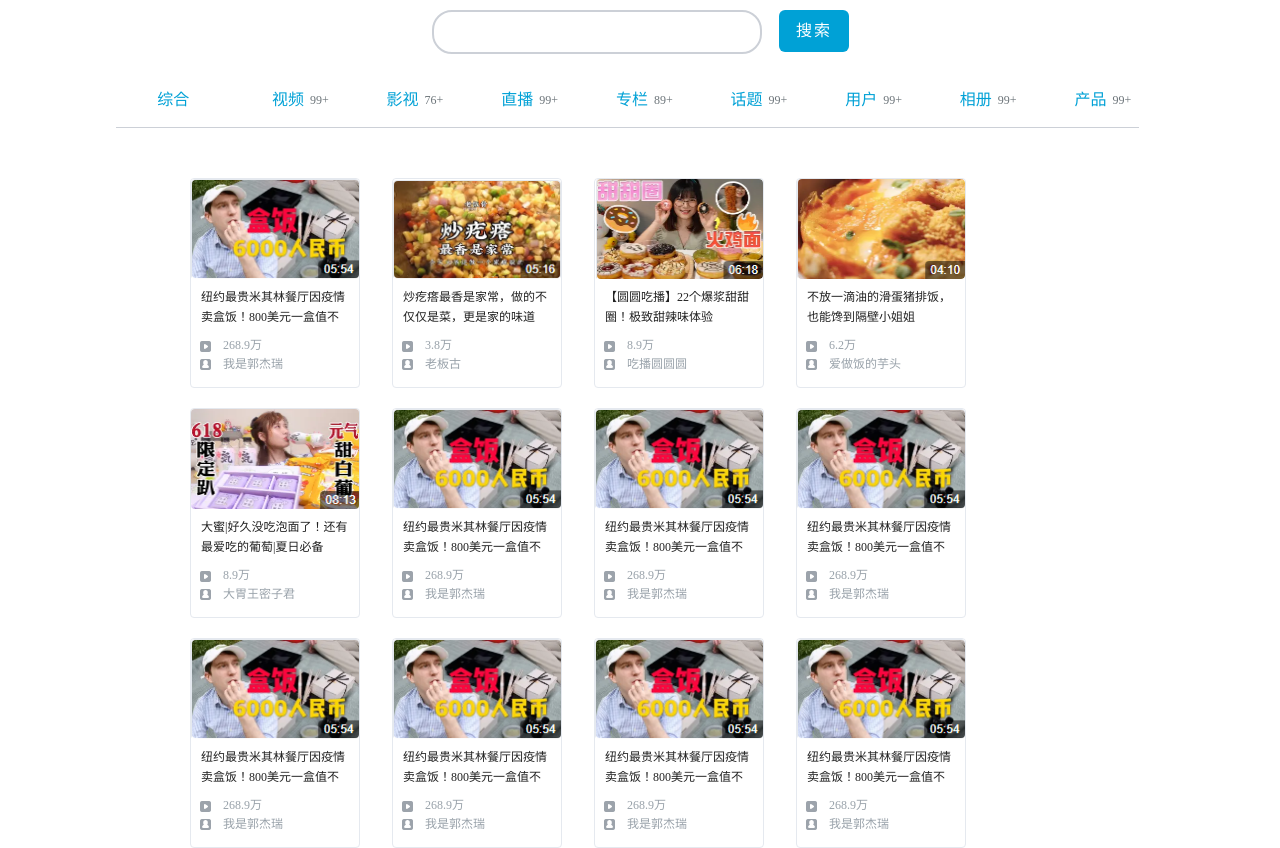
Repository: red-code-yl/web-project
Page: doc/food.html
The author's editor kept a copy of each file at every save. The page is drawn from the files as they stood at one save, then again after the next save.
The browser window is 1280 px wide. The pictures show the whole page.

Above is the page before, as saved 2020-06-18 17:08:31.

### doc/food.html
<!DOCTYPE html>
<html lang="en">
<head>
    <meta charset="UTF-8">
    <meta name="viewport" content="width=device-width, initial-scale=1.0">
    <title>美食</title>
    <link  rel="stylesheet"   href="../css/food.css" />
</head>
<body>
    <div id="search" class="search">
        <div class="contain">
            <div class="head-contain">
                <div class="search-top">
                    <div class="search-block">
                        <div class="search-input">
                            <input id="search-keyword" type="text" maxlength="100" autocomplete="off">
                        </div>
                        <div class="search-button">
                            <span class="search-text">搜索</span>
                        </div>

                    </div>
                </div>
                <div class="navigator">
                    <div class="nav-1">
                        <div class="fenlei">
                            <ul class="fenlei-list">
                                <li class="fenlei-list-1" style="height: 56px;line-height: 56px;width: 11.11%;">
                                    <a href="#">综合</a>
                                    <span></span>
                                </li>
                                <li class="fenlei-list-1" style="height: 56px;line-height: 56px;width: 11.11%;">
                                    <a href="#">视频<span>99+</span></a>

                                </li>
                                <li class="fenlei-list-1" style="height: 56px;line-height: 56px;width: 11.11%;">
                                    <a href="#">影视<span>76+</span></a>

                                </li>
                                <li class="fenlei-list-1" style="height: 56px;line-height: 56px;width: 11.11%;">
                                    <a href="#">直播<span>99+</span></a>

                                </li>
                                <li class="fenlei-list-1" style="height: 56px;line-height: 56px;width: 11.11%;">
                                    <a href="#">专栏<span>89+</span></a>

                                </li>
                                <li class="fenlei-list-1" style="height: 56px;line-height: 56px;width: 11.11%;">
                                    <a href="#">话题<span>99+</span></a>

                                </li>
                                <li class="fenlei-list-1" style="height: 56px;line-height: 56px;width: 11.11%;">
                                    <a href="#">用户<span>99+</span></a>

                                </li>
                                <li class="fenlei-list-1" style="height: 56px;line-height: 56px;width: 11.11%;">
                                    <a href="#">相册<span>99+</span></a>

                                </li>
                                <li class="fenlei-list-1" style="height: 56px;line-height: 56px;width: 11.11%;">
                                    <a href="#">产品<span>99+</span></a>
                                </li>
                            </ul>
                        </div>
                    </div>
                </div>
            </div>
            <div class="body-contain">
                <div class="all-list">
                    <ul class="video-list">
                        <li class="video-list-part">
                            <a href="#" title="" target="_blank" class="list-part-1">
                                <div class="img">
                                    <div class="lazy-img">
                                        <img alt src="../img/img-list1.png">
                                    </div>

                                </div>
                            </a>
                            <div class="list-text">
                                <div class="list-title">
                                    <a title="" href="#" target="_blank" class="title-1">
                                        纽约最贵米其林餐厅因疫情卖盒饭！800美元一盒值不值？
                                    </a>
                                </div>
                                <div class="tags">
                                    <span class="play" title="观看">
                                        <i class="playcount"></i>
                                        268.9万
                                    </span>
                                    <br/>
                                    <span class="play2" title="up主">
                                        <i class="play-uper"></i>
                                        <a href="#" target="_blank" class="up-name">
                                            我是郭杰瑞
                                        </a>
                                    </span>
                                </div>
                            </div>
                        </li>
                        <li class="video-list-part">
                            <a href="#" title="" target="_blank" class="list-part-1">
                                <div class="img">
                                    <div class="lazy-img">
                                        <img alt src="../img/img-list2.png">
                                    </div>

                                </div>
                            </a>
                            <div class="list-text">
                                <div class="list-title">
                                    <a title="" href="#" target="_blank" class="title-1">
                                        炒疙瘩最香是家常，做的不仅仅是菜，更是家的味道
                                    </a>
                                </div>
                                <div class="tags">
                                    <span class="play" title="观看">
                                        <i class="playcount"></i>
                                        3.8万
                                    </span>
                                    <br/>
                                    <span class="play2" title="up主">
                                        <i class="play-uper"></i>
                                        <a href="#" target="_blank" class="up-name">
                                            老板古
                                        </a>
                                    </span>
                                </div>
                            </div>
                        </li>
                        <li class="video-list-part">
                            <a href="#" title="" target="_blank" class="list-part-1">
                                <div class="img">
                                    <div class="lazy-img">
                                        <img alt src="../img/img-list3.png">
                                    </div>

                                </div>
                            </a>
                            <div class="list-text">
                                <div class="list-title">
                                    <a title="" href="#" target="_blank" class="title-1">
                                        【圆圆吃播】22个爆浆甜甜圈！极致甜辣味体验
                                    </a>
                                </div>
                                <div class="tags">
                                    <span class="play" title="观看">
                                        <i class="playcount"></i>
                                        8.9万
                                    </span>
                                    <br/>
                                    <span class="play2" title="up主">
                                        <i class="play-uper"></i>
                                        <a href="#" target="_blank" class="up-name">
                                            吃播圆圆圆
                                        </a>
                                    </span>
                                </div>
                            </div>
                        </li>
                        <li class="video-list-part">
                            <a href="#" title="" target="_blank" class="list-part-1">
                                <div class="img">
                                    <div class="lazy-img">
                                        <img alt src="../img/img-list4.png">
                                    </div>

                                </div>
                            </a>
                            <div class="list-text">
                                <div class="list-title">
                                    <a title="" href="#" target="_blank" class="title-1">
                                        不放一滴油的滑蛋猪排饭，也能馋到隔壁小姐姐
                                    </a>
                                </div>
                                <div class="tags">
                                    <span class="play" title="观看">
                                        <i class="playcount"></i>
                                        6.2万
                                    </span>
                                    <br/>
                                    <span class="play2" title="up主">
                                        <i class="play-uper"></i>
                                        <a href="#" target="_blank" class="up-name">
                                            爱做饭的芋头
                                        </a>
                                    </span>
                                </div>
                            </div>
                        </li>
                        <li class="video-list-part">
                            <a href="#" title="" target="_blank" class="list-part-1">
                                <div class="img">
                                    <div class="lazy-img">
                                        <img alt src="../img/img-list5.png">
                                    </div>

                                </div>
                            </a>
                            <div class="list-text">
                                <div class="list-title">
                                    <a title="" href="#" target="_blank" class="title-1">
                                        大蜜|好久没吃泡面了！还有最爱吃的葡萄|夏日必备
                                    </a>
                                </div>
                                <div class="tags">
                                    <span class="play" title="观看">
                                        <i class="playcount"></i>
                                        8.9万
                                    </span>
                                    <br/>
                                    <span class="play2" title="up主">
                                        <i class="play-uper"></i>
                                        <a href="#" target="_blank" class="up-name">
                                            大胃王密子君
                                        </a>
                                    </span>
                                </div>
                            </div>
                        </li>
                        <li class="video-list-part">
                            <a href="#" title="" target="_blank" class="list-part-1">
                                <div class="img">
                                    <div class="lazy-img">
                                        <img alt src="../img/img-list1.png">
                                    </div>

                                </div>
                            </a>
                            <div class="list-text">
                                <div class="list-title">
                                    <a title="" href="#" target="_blank" class="title-1">
                                        纽约最贵米其林餐厅因疫情卖盒饭！800美元一盒值不值？
                                    </a>
                                </div>
                                <div class="tags">
                                    <span class="play" title="观看">
                                        <i class="playcount"></i>
                                        268.9万
                                    </span>
                                    <br/>
                                    <span class="play2" title="up主">
                                        <i class="play-uper"></i>
                                        <a href="#" target="_blank" class="up-name">
                                            我是郭杰瑞
                                        </a>
                                    </span>
                                </div>
                            </div>
                        </li>
                        <li class="video-list-part">
                            <a href="#" title="" target="_blank" class="list-part-1">
                                <div class="img">
                                    <div class="lazy-img">
                                        <img alt src="../img/img-list1.png">
                                    </div>

                                </div>
                            </a>
                            <div class="list-text">
                                <div class="list-title">
                                    <a title="" href="#" target="_blank" class="title-1">
                                        纽约最贵米其林餐厅因疫情卖盒饭！800美元一盒值不值？
                                    </a>
                                </div>
                                <div class="tags">
                                    <span class="play" title="观看">
                                        <i class="playcount"></i>
                                        268.9万
                                    </span>
                                    <br/>
                                    <span class="play2" title="up主">
                                        <i class="play-uper"></i>
                                        <a href="#" target="_blank" class="up-name">
                                            我是郭杰瑞
                                        </a>
                                    </span>
                                </div>
                            </div>
                        </li>
                        <li class="video-list-part">
                            <a href="#" title="" target="_blank" class="list-part-1">
                                <div class="img">
                                    <div class="lazy-img">
                                        <img alt src="../img/img-list1.png">
                                    </div>

                                </div>
                            </a>
                            <div class="list-text">
                                <div class="list-title">
                                    <a title="" href="#" target="_blank" class="title-1">
                                        纽约最贵米其林餐厅因疫情卖盒饭！800美元一盒值不值？
                                    </a>
                                </div>
                                <div class="tags">
                                    <span class="play" title="观看">
                                        <i class="playcount"></i>
                                        268.9万
                                    </span>
                                    <br/>
                                    <span class="play2" title="up主">
                                        <i class="play-uper"></i>
                                        <a href="#" target="_blank" class="up-name">
                                            我是郭杰瑞
                                        </a>
                                    </span>
                                </div>
                            </div>
                        </li>
                        <li class="video-list-part">
                            <a href="#" title="" target="_blank" class="list-part-1">
                                <div class="img">
                                    <div class="lazy-img">
                                        <img alt src="../img/img-list1.png">
                                    </div>

                                </div>
                            </a>
                            <div class="list-text">
                                <div class="list-title">
                                    <a title="" href="#" target="_blank" class="title-1">
                                        纽约最贵米其林餐厅因疫情卖盒饭！800美元一盒值不值？
                                    </a>
                                </div>
                                <div class="tags">
                                    <span class="play" title="观看">
                                        <i class="playcount"></i>
                                        268.9万
                                    </span>
                                    <br/>
                                    <span class="play2" title="up主">
                                        <i class="play-uper"></i>
                                        <a href="#" target="_blank" class="up-name">
                                            我是郭杰瑞
                                        </a>
                                    </span>
                                </div>
                            </div>
                        </li>
                        <li class="video-list-part">
                            <a href="#" title="" target="_blank" class="list-part-1">
                                <div class="img">
                                    <div class="lazy-img">
                                        <img alt src="../img/img-list1.png">
                                    </div>

                                </div>
                            </a>
                            <div class="list-text">
                                <div class="list-title">
                                    <a title="" href="#" target="_blank" class="title-1">
                                        纽约最贵米其林餐厅因疫情卖盒饭！800美元一盒值不值？
                                    </a>
                                </div>
                                <div class="tags">
                                    <span class="play" title="观看">
                                        <i class="playcount"></i>
                                        268.9万
                                    </span>
                                    <br/>
                                    <span class="play2" title="up主">
                                        <i class="play-uper"></i>
                                        <a href="#" target="_blank" class="up-name">
                                            我是郭杰瑞
                                        </a>
                                    </span>
                                </div>
                            </div>
                        </li>
                        <li class="video-list-part">
                            <a href="#" title="" target="_blank" class="list-part-1">
                                <div class="img">
                                    <div class="lazy-img">
                                        <img alt src="../img/img-list1.png">
                                    </div>

                                </div>
                            </a>
                            <div class="list-text">
                                <div class="list-title">
                                    <a title="" href="#" target="_blank" class="title-1">
                                        纽约最贵米其林餐厅因疫情卖盒饭！800美元一盒值不值？
                                    </a>
                                </div>
                                <div class="tags">
                                    <span class="play" title="观看">
                                        <i class="playcount"></i>
                                        268.9万
                                    </span>
                                    <br/>
                                    <span class="play2" title="up主">
                                        <i class="play-uper"></i>
                                        <a href="#" target="_blank" class="up-name">
                                            我是郭杰瑞
                                        </a>
                                    </span>
                                </div>
                            </div>
                        </li>
                        <li class="video-list-part">
                            <a href="#" title="" target="_blank" class="list-part-1">
                                <div class="img">
                                    <div class="lazy-img">
                                        <img alt src="../img/img-list1.png">
                                    </div>

                                </div>
                            </a>
                            <div class="list-text">
                                <div class="list-title">
                                    <a title="" href="#" target="_blank" class="title-1">
                                        纽约最贵米其林餐厅因疫情卖盒饭！800美元一盒值不值？
                                    </a>
                                </div>
                                <div class="tags">
                                    <span class="play" title="观看">
                                        <i class="playcount"></i>
                                        268.9万
                                    </span>
                                    <br/>
                                    <span class="play2" title="up主">
                                        <i class="play-uper"></i>
                                        <a href="#" target="_blank" class="up-name">
                                            我是郭杰瑞
                                        </a>
                                    </span>
                                </div>
                            </div>
                        </li>
                    </ul>
                </div>
            </div>
        </div>
    </div>
</body>
</html>

Loaded but not shown: css/food.css (235 lines, source omitted)

After the next save:
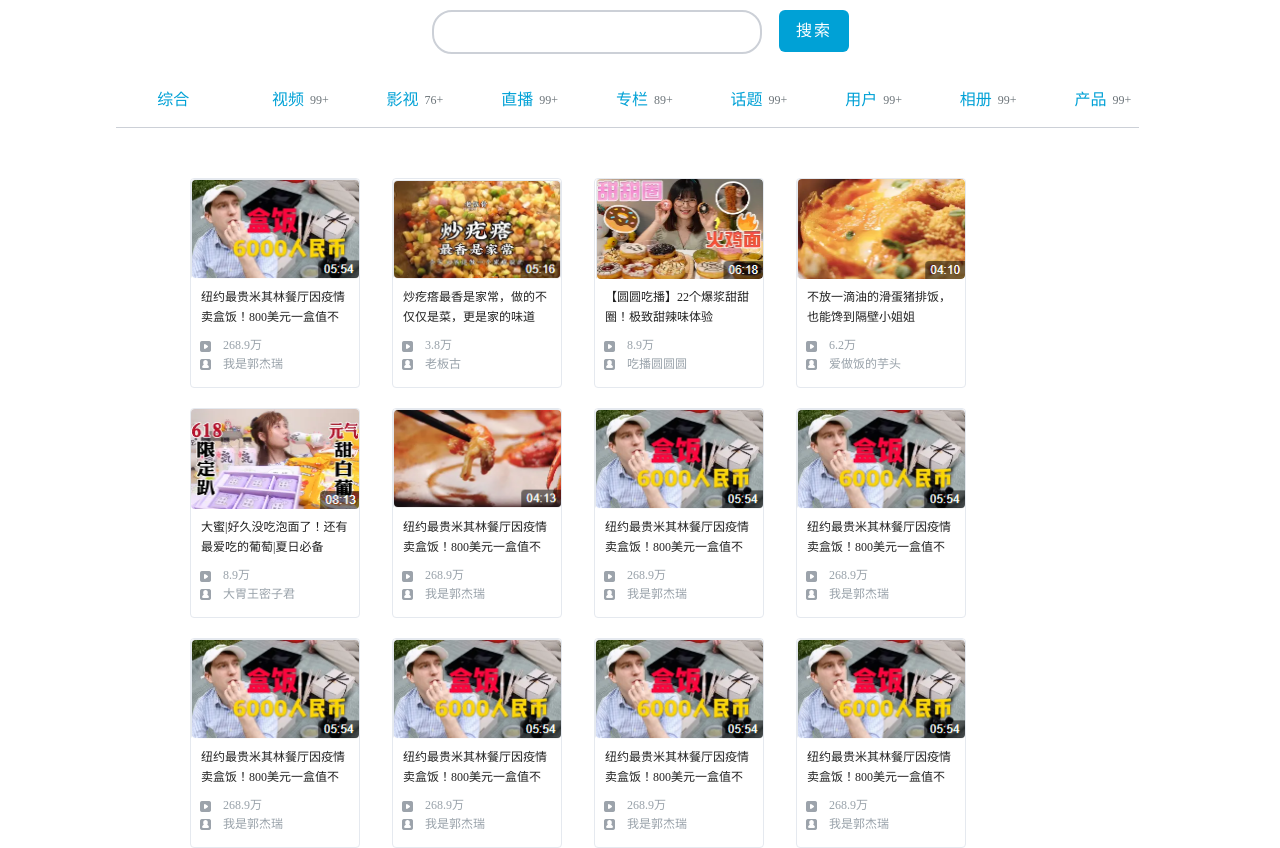
Saved 75 s later.
--- a/doc/food.html
+++ b/doc/food.html
@@ -222,7 +222,7 @@
                             <a href="#" title="" target="_blank" class="list-part-1">
                                 <div class="img">
                                     <div class="lazy-img">
-                                        <img alt src="../img/img-list1.png">
+                                        <img alt src="../img/img-list6.png">
                                     </div>
 
                                 </div>
